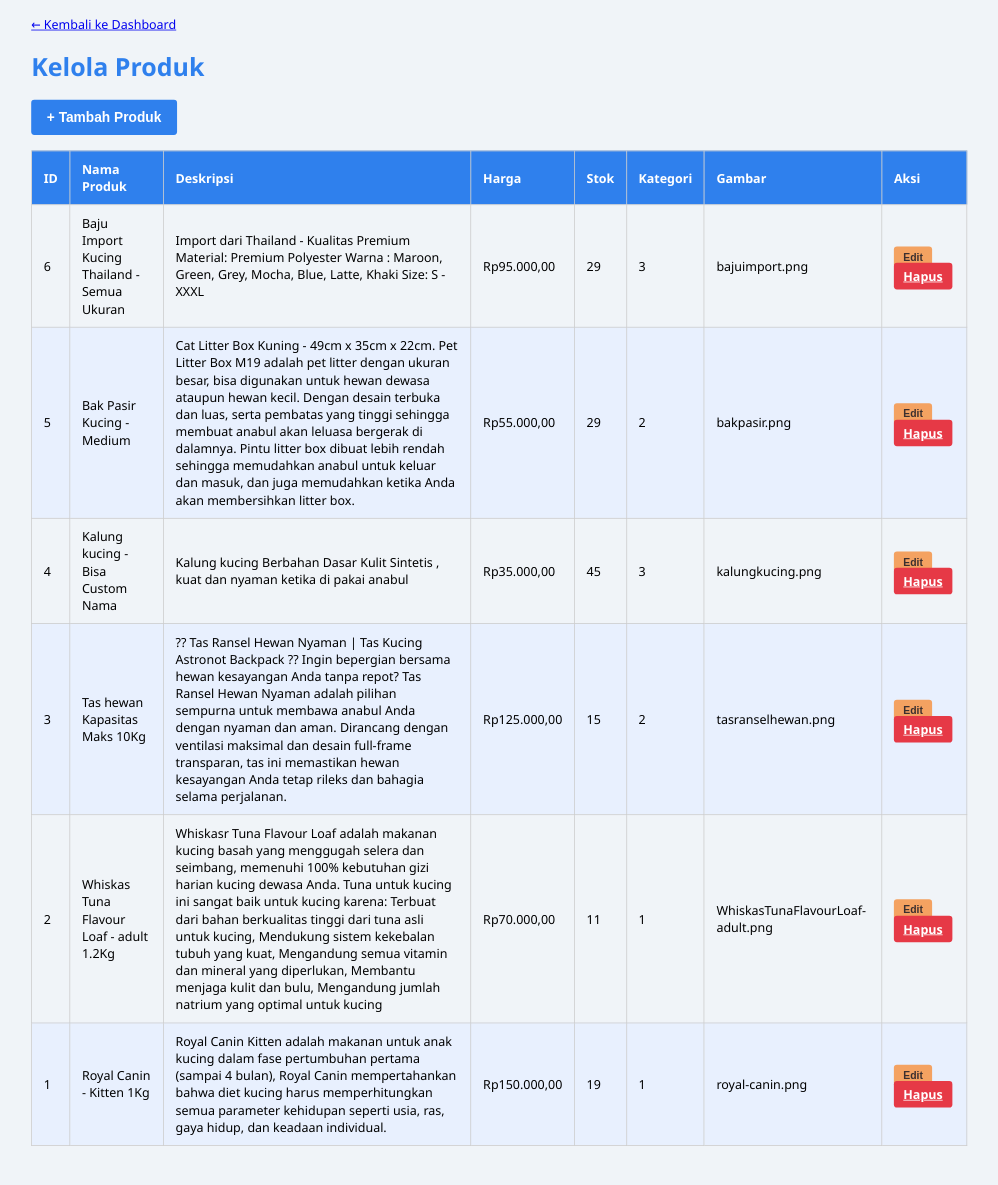
Repository: Senicccc/Shiroo-Pet-Store-Web-App
Page: http://localhost/admin/manage-products.php
The author's editor kept a copy of each file at every save. The page is drawn from the files as they stood at one save, then again after the next save.
The browser window is 1280 px wide. The pictures show the whole page, at 78% of full size.
The page is run by PHP 8.4 with error messages shown; the project is at /var/www/html/. The session is filled in as if someone had signed in: {"admin_id": 3}. Other server files are loaded and not shown. The database holds what the project's SQL file puts in it.

Above is the page before, as saved 2025-05-31 11:33:33.
Console error (its wording comes from the project's code and is left out).

### admin/manage-products.php
<?php
session_start();

if (!isset($_SESSION['admin_id'])) {
    header("Location: login.php");
    exit;
}

$koneksi = new mysqli("localhost", "root", "", "shiroo_db");
if ($koneksi->connect_error) {
    die("Koneksi gagal: " . $koneksi->connect_error);
}

// Handle tambah produk
if (isset($_POST['add_product'])) {
    $name = trim($_POST['name']);
    $desc = trim($_POST['desc']);
    $price = floatval($_POST['price']);
    $stock = intval($_POST['stock']);
    $category_id = intval($_POST['category_id']);
    $image = trim($_POST['image']);

    if ($name && $desc && $price && $stock && $category_id && $image) {
        $stmt = $koneksi->prepare("INSERT INTO products (name, `desc`, price, stock, category_id, image) VALUES (?, ?, ?, ?, ?, ?)");
        $stmt->bind_param("ssdiis", $name, $desc, $price, $stock, $category_id, $image);
        $stmt->execute();
        $stmt->close();

        header("Location: manage-products.php");
        exit;
    } else {
        $error = "Semua field harus diisi!";
    }
}

// Handle edit produk
if (isset($_POST['edit_product'])) {
    $id = intval($_POST['id']);
    $name = trim($_POST['name']);
    $desc = trim($_POST['desc']);
    $price = floatval($_POST['price']);
    $stock = intval($_POST['stock']);
    $category_id = intval($_POST['category_id']);
    $image = trim($_POST['image']);

    if ($id && $name && $desc && $price && $stock && $category_id && $image) {
        $stmt = $koneksi->prepare("UPDATE products SET name=?, `desc`=?, price=?, stock=?, category_id=?, image=? WHERE id=?");
        $stmt->bind_param("ssdiisi", $name, $desc, $price, $stock, $category_id, $image, $id);
        $stmt->execute();
        $stmt->close();

        header("Location: manage-products.php");
        exit;
    } else {
        $error = "Semua field harus diisi!";
    }
}

// Handle delete produk
if (isset($_GET['delete'])) {
    $id = intval($_GET['delete']);
    $stmt = $koneksi->prepare("DELETE FROM products WHERE id = ?");
    $stmt->bind_param("i", $id);
    $stmt->execute();
    $stmt->close();

    header("Location: manage-products.php");
    exit;
}

// Ambil data produk
$result = $koneksi->query("SELECT * FROM products ORDER BY id DESC");
$products = $result->fetch_all(MYSQLI_ASSOC);
?>

<!DOCTYPE html>
<html lang="id">

<head>
    <meta charset="UTF-8">
    <title>Kelola Produk - Shiroo Pet Store</title>
    <link rel="stylesheet" href="css/kelola-pengguna.css">
</head>

<body>
    <a href="dashboard.php" class="back-link">← Kembali ke Dashboard</a>

    <h1>Kelola Produk</h1>

    <?php if (!empty($error)) : ?>
    <div class="error"><?= htmlspecialchars($error) ?></div>
    <?php endif; ?>

    <button class="btn-add" id="openAddModalBtn">+ Tambah Produk</button>

    <table>
        <thead>
            <tr>
                <th>ID</th>
                <th>Nama Produk</th>
                <th>Deskripsi</th>
                <th>Harga</th>
                <th>Stok</th>
                <th>Kategori</th>
                <th>Gambar</th>
                <th>Aksi</th>
            </tr>
        </thead>
        <tbody>
            <?php if ($products): ?>
            <?php foreach ($products as $product): ?>
            <tr>
                <td><?= $product['id'] ?></td>
                <td><?= htmlspecialchars($product['name']) ?></td>
                <td><?= htmlspecialchars($product['desc']) ?></td>
                <td>Rp<?= number_format($product['price'], 2, ',', '.') ?></td>
                <td><?= $product['stock'] ?></td>
                <td><?= $product['category_id'] ?></td>
                <td><?= htmlspecialchars($product['image']) ?></td>
                <td>
                    <button class="btn-edit"
                        onclick="openEditModal(<?= $product['id'] ?>, '<?= addslashes(htmlspecialchars($product['name'])) ?>', '<?= addslashes(htmlspecialchars($product['desc'])) ?>', <?= $product['price'] ?>, <?= $product['stock'] ?>, <?= $product['category_id'] ?>, '<?= addslashes(htmlspecialchars($product['image'])) ?>')">Edit</button>
                    <a href="manage-products.php?delete=<?= $product['id'] ?>"
                        onclick="return confirm('Yakin hapus produk ini?')" class="btn-delete">Hapus</a>
                </td>
            </tr>
            <?php endforeach; ?>
            <?php else: ?>
            <tr>
                <td colspan="8" style="text-align:center;">Belum ada produk tersedia.</td>
            </tr>
            <?php endif; ?>
        </tbody>
    </table>

    <div id="addModal" class="modal">
        <div class="modal-content">
            <span class="close" id="closeAddModal">&times;</span>
            <h2>Tambah Produk</h2>
            <form method="post" action="manage-products.php" autocomplete="off">
                <label>Nama Produk</label>
                <input type="text" name="name" required>

                <label>Deskripsi</label>
                <textarea name="desc" required></textarea>

                <label>Harga</label>
                <input type="number" step="0.01" name="price" required>

                <label>Stok</label>
                <input type="number" name="stock" required>

                <label>ID Kategori</label>
                <input type="number" name="category_id" required>

                <label>Nama File Gambar</label>
                <input type="text" name="image" required>

                <button type="submit" name="add_product">Tambah Produk</button>
            </form>
        </div>
    </div>

    <div id="editModal" class="modal">
        <div class="modal-content">
            <span class="close" id="closeEditModal">&times;</span>
            <h2>Edit Produk</h2>
            <form method="post" action="manage-products.php" autocomplete="off">
                <input type="hidden" name="id" id="edit_id">

                <label>Nama Produk</label>
                <input type="text" name="name" id="edit_name" required>

                <label>Deskripsi</label>
                <textarea name="desc" id="edit_desc" required></textarea>

                <label>Harga</label>
                <input type="number" step="0.01" name="price" id="edit_price" required>

                <label>Stok</label>
                <input type="number" name="stock" id="edit_stock" required>

                <label>ID Kategori</label>
                <input type="number" name="category_id" id="edit_category_id" required>

                <label>Nama File Gambar</label>
                <input type="text" name="image" id="edit_image" required>

                <button type="submit" name="edit_product">Simpan Perubahan</button>
            </form>
        </div>
    </div>

    <script>
    const addModal = document.getElementById('addModal');
    const openAddModalBtn = document.getElementById('openAddModalBtn');
    const closeAddModal = document.getElementById('closeAddModal');

    openAddModalBtn.onclick = () => addModal.style.display = 'block';
    closeAddModal.onclick = () => addModal.style.display = 'none';

    const editModal = document.getElementById('editModal');
    const closeEditModal = document.getElementById('closeEditModal');

    closeEditModal.onclick = () => editModal.style.display = 'none';

    function openEditModal(id, name, desc, price, stock, category_id, image) {
        document.getElementById('edit_id').value = id;
        document.getElementById('edit_name').value = name;
        document.getElementById('edit_desc').value = desc;
        document.getElementById('edit_price').value = price;
        document.getElementById('edit_stock').value = stock;
        document.getElementById('edit_category_id').value = category_id;
        document.getElementById('edit_image').value = image;
        editModal.style.display = 'block';
    }

    window.onclick = function(event) {
        if (event.target == addModal) addModal.style.display = "none";
        if (event.target == editModal) editModal.style.display = "none";
    }
    </script>
</body>

</html>

### admin/css/kelola-pengguna.css
body {
  font-family: "Segoe UI", Tahoma, Geneva, Verdana, sans-serif;
  background: #f0f4f8;
  margin: 0;
  padding: 20px 40px;
}

h1,
h2 {
  color: #2f80ed;
}

table {
  border-collapse: collapse;
  width: 100%;
  margin-bottom: 30px;
}

th,
td {
  padding: 12px 15px;
  border: 1px solid #ccc;
  text-align: left;
}

th {
  background-color: #2f80ed;
  color: white;
}

tr:nth-child(even) {
  background-color: #e8f0fe;
}

button,
.btn-delete,
.btn-edit {
  cursor: pointer;
  border-radius: 4px;
  font-weight: 600;
  padding: 6px 12px;
  border: none;
  transition: background-color 0.3s ease;
}

.btn-delete {
  background-color: #e63946;
  color: white;
}

.btn-delete:hover {
  background-color: #b3212a;
}

.btn-edit {
  background-color: #f4a261;
  color: #3b2f2f;
}

.btn-edit:hover {
  background-color: #d98b40;
}

.btn-add {
  background-color: #2f80ed;
  color: white;
  font-size: 1.1rem;
  margin-bottom: 20px;
  padding: 12px 20px;
}

.btn-add:hover {
  background-color: #1c5cc2;
}

/* Modal Styles */
.modal {
  display: none;
  position: fixed;
  z-index: 100;
  padding-top: 80px;
  left: 0;
  top: 0;
  width: 100%;
  height: 100%;
  overflow: auto;
  background-color: rgb(0 0 0 / 0.5);
}

.modal-content {
  background-color: #fff;
  margin: auto;
  padding: 20px 30px;
  border-radius: 10px;
  box-shadow: 0 6px 15px rgb(0 0 0 / 0.2);
  max-width: 400px;
  position: relative;
}

.close {
  color: #aaa;
  float: right;
  font-size: 28px;
  font-weight: bold;
  position: absolute;
  top: 10px;
  right: 20px;
  cursor: pointer;
  user-select: none;
}

.close:hover,
.close:focus {
  color: #000;
}

form label {
  display: block;
  margin-bottom: 8px;
  font-weight: 600;
  color: #2f80ed;
}

form input {
  width: 94%;
  padding: 10px 12px;
  margin-bottom: 15px;
  border: 1px solid #ccc;
  border-radius: 6px;
  font-size: 1rem;
}

form button[type="submit"] {
  background-color: #2f80ed;
  border: none;
  color: white;
  padding: 12px 20px;
  font-weight: 600;
  cursor: pointer;
  border-radius: 6px;
  width: 100%;
  transition: background-color 0.3s ease;
}

form button[type="submit"]:hover {
  background-color: #1c5cc2;
}

.error {
  color: #e63946;
  font-weight: 600;
  margin-bottom: 15px;
}

### database/shiroo_db.sql (the tables this page reads)
CREATE TABLE `products` (
  `id` int(11) NOT NULL,
  `name` varchar(100) NOT NULL,
  `desc` text NOT NULL,
  `price` decimal(10,2) NOT NULL,
  `stock` int(11) NOT NULL,
  `category_id` int(11) NOT NULL,
  `image` varchar(100) NOT NULL
) ENGINE=InnoDB DEFAULT CHARSET=utf8mb4 COLLATE=utf8mb4_general_ci;

INSERT INTO `products` (`id`, `name`, `desc`, `price`, `stock`, `category_id`, `image`) VALUES
(1, 'Royal Canin - Kitten 1Kg', 'Royal Canin Kitten adalah makanan untuk anak kucing dalam fase pertumbuhan pertama (sampai 4 bulan), Royal Canin mempertahankan bahwa diet kucing harus memperhitungkan semua parameter kehidupan seperti usia, ras, gaya hidup, dan keadaan individual.', 150000.00, 19, 1, 'royal-canin.png'),
(2, 'Whiskas Tuna Flavour Loaf - adult 1.2Kg', 'Whiskasr Tuna Flavour Loaf adalah makanan kucing basah yang menggugah selera dan seimbang, memenuhi 100% kebutuhan gizi harian kucing dewasa Anda. Tuna untuk kucing ini sangat baik untuk kucing karena:\r\n\r\nTerbuat dari bahan berkualitas tinggi dari tuna asli untuk kucing, Mendukung sistem kekebalan tubuh yang kuat, Mengandung semua vitamin dan mineral yang diperlukan, Membantu menjaga kulit dan bulu, Mengandung jumlah natrium yang optimal untuk kucing', 70000.00, 11, 1, 'WhiskasTunaFlavourLoaf-adult.png'),
(3, 'Tas hewan Kapasitas Maks 10Kg', '?? Tas Ransel Hewan Nyaman | Tas Kucing Astronot Backpack ??\r\n \r\nIngin bepergian bersama hewan kesayangan Anda tanpa repot? Tas Ransel Hewan Nyaman adalah pilihan sempurna untuk membawa anabul Anda dengan nyaman dan aman. Dirancang dengan ventilasi maksimal dan desain full-frame transparan, tas ini memastikan hewan kesayangan Anda tetap rileks dan bahagia selama perjalanan.', 125000.00, 15, 2, 'tasranselhewan.png'),
(4, 'Kalung kucing - Bisa Custom Nama', 'Kalung kucing Berbahan Dasar Kulit Sintetis , kuat dan nyaman ketika di pakai anabul\r\n', 35000.00, 45, 3, 'kalungkucing.png'),
(5, 'Bak Pasir Kucing - Medium', 'Cat Litter Box Kuning - 49cm x 35cm x 22cm.\r\n\r\nPet Litter Box M19 adalah pet litter dengan ukuran besar, bisa digunakan untuk hewan dewasa ataupun hewan kecil. Dengan desain terbuka dan luas, serta pembatas yang tinggi sehingga membuat anabul akan leluasa bergerak di dalamnya. Pintu litter box dibuat lebih rendah sehingga memudahkan anabul untuk keluar dan masuk, dan juga memudahkan ketika Anda akan membersihkan litter box.', 55000.00, 29, 2, 'bakpasir.png'),
(6, 'Baju Import Kucing Thailand - Semua Ukuran', 'Import dari Thailand - Kualitas Premium\r\nMaterial: Premium Polyester\r\nWarna : Maroon, Green, Grey, Mocha, Blue, Latte, Khaki\r\nSize: S - XXXL', 95000.00, 29, 3, 'bajuimport.png');

ALTER TABLE `products`
  ADD PRIMARY KEY (`id`);

ALTER TABLE `products`
  MODIFY `id` int(11) NOT NULL AUTO_INCREMENT, AUTO_INCREMENT=7;

Loaded but not shown: admin/css/manage-products.css (no stored copy; drawn as an empty file)

After the next save:
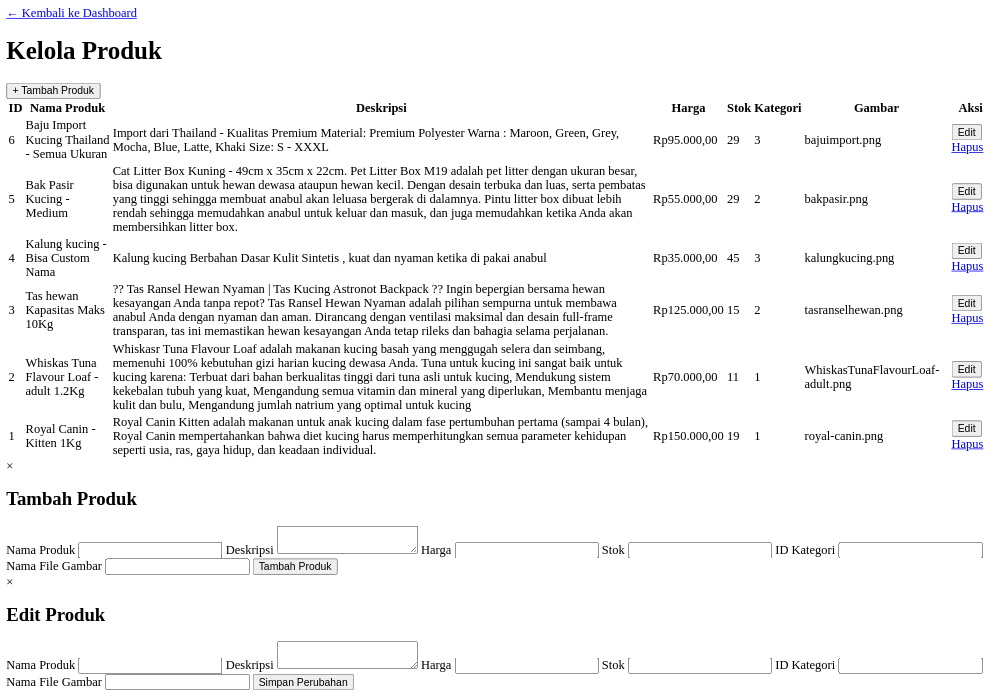
Saved 9 s later.
--- a/admin/manage-products.php
+++ b/admin/manage-products.php
@@ -79,7 +79,7 @@ $products = $result->fetch_all(MYSQLI_ASSOC);
 <head>
     <meta charset="UTF-8">
     <title>Kelola Produk - Shiroo Pet Store</title>
-    <link rel="stylesheet" href="css/kelola-pengguna.css">
+    <link rel="stylesheet" href="css/manage-products.css">
 </head>
 
 <body>
